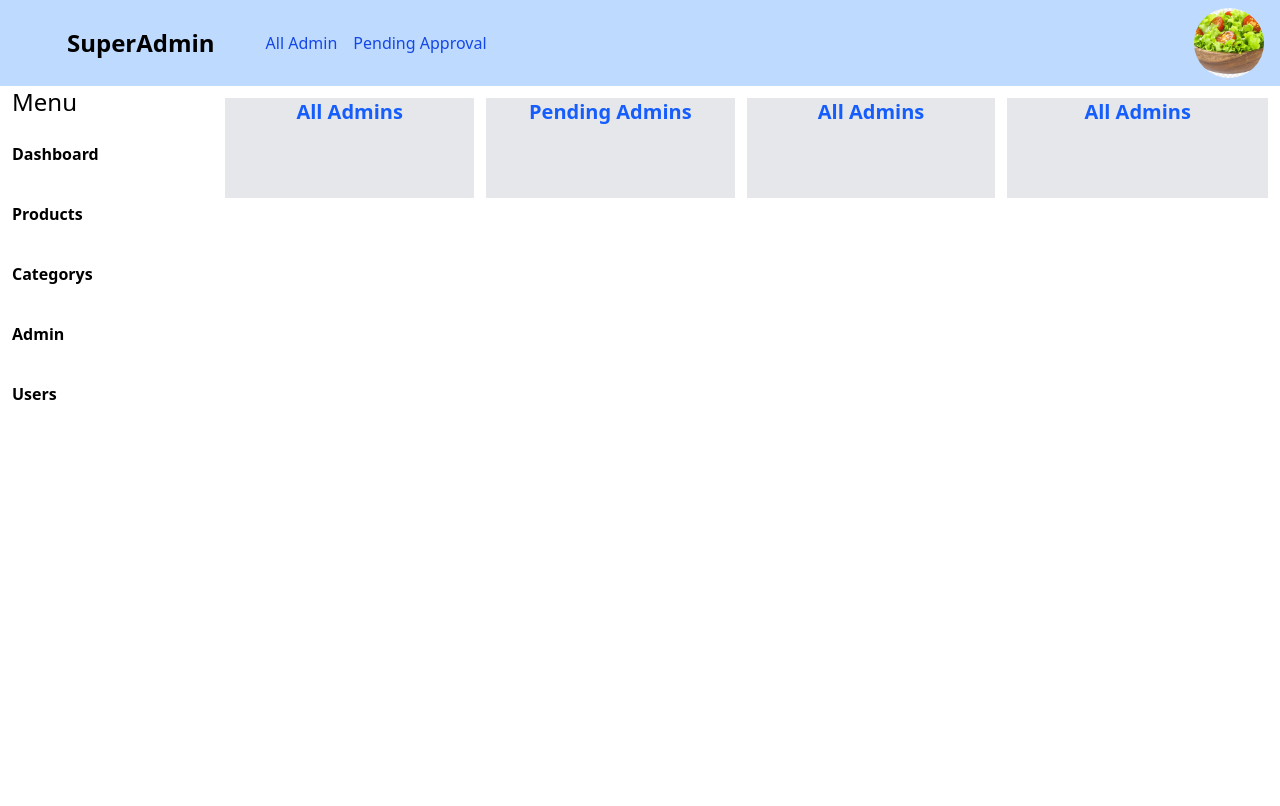
Repository: GAURAV-KUMAR22/restro-food-order-app
Page: /superAdmin (app in qr-app/)
An editor plug-in stored every save of this project. The page is shown before and after the next save, followed by the edit.
The browser window is 1280 px wide. The pictures show the whole page.
The page's requests for data from a server got no answer. The project was rebuilt for these pictures with package versions that can differ from the ones it lists, and the page was loaded fresh each time. No one was signed in, and anything a server would have sent is missing. Also part of the build but not shown: qr-app/vite.config.js, qr-app/src/Services/ProtectedRoutes.jsx, qr-app/src/components/CardItem.jsx, qr-app/src/components/CardDetails.jsx, qr-app/src/components/Client/CategoryCard.jsx, qr-app/src/Services/Socket.js, qr-app/src/components/Client/OrderStatusCard.jsx, qr-app/src/components/Client/SearchInput.jsx and 35 more.

Above is the page before, as saved 2025-06-10 18:23:47.

After the next save:
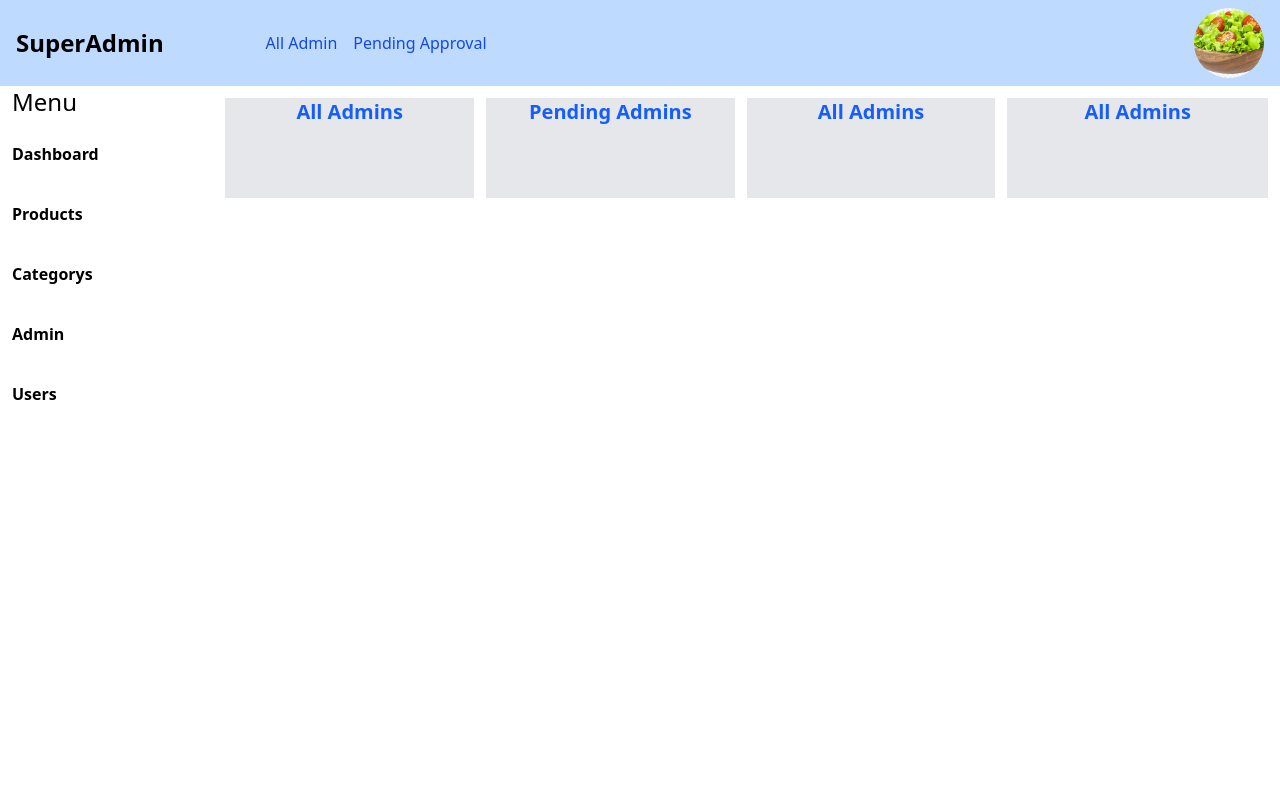
Saved 51 s later.
--- a/qr-app/src/Pages/SuperAdmin/DashBoard.jsx
+++ b/qr-app/src/Pages/SuperAdmin/DashBoard.jsx
@@ -19,6 +19,7 @@ export const DashBoard = () => {
     { name: "Admin" },
     { name: "Users" },
   ];
+
   useEffect(() => {
     const fetched = async () => {
       const responce = await PrivateAxios.get("/auth/pending-admin");
@@ -33,7 +34,7 @@ export const DashBoard = () => {
     <div>
       <div className="bg-blue-200 flex items-center justify-between px-4 py-2">
         {/* Title Section */}
-        <h1 className="text-2xl font-semibold w-1/5 flex justify-center items-center">
+        <h1 className="text-2xl font-semibold w-1/5 flex  items-center">
           SuperAdmin
         </h1>
 
